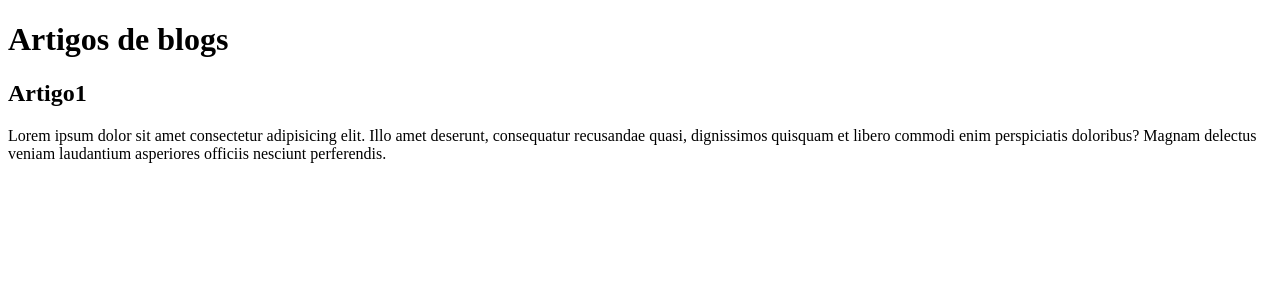
Repository: fnafelipe/TheOdinProject
Page: HTML/working-with-text/blog-article.html
An editor plug-in stored every save of this project. The page is shown before and after the next save, followed by the edit.
The browser window is 1280 px wide. The pictures show the whole page.

Above is the page before, as saved 2026-09-02 20:58:13.

After the next save:
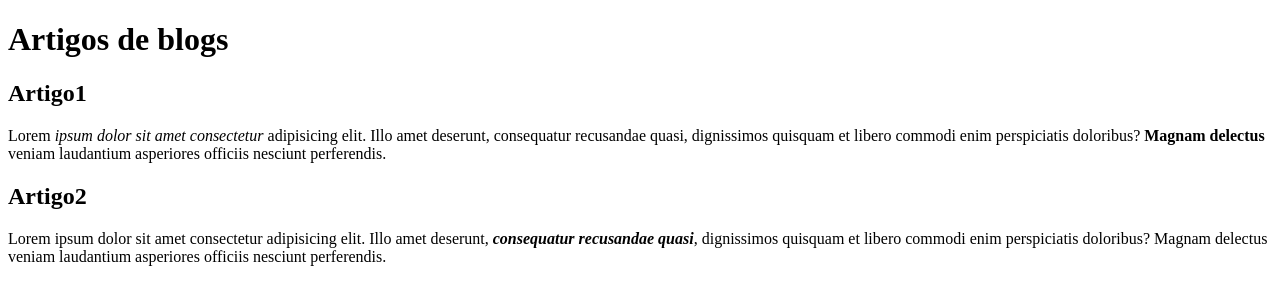
Saved 3 min 55 s later.
--- a/HTML/working-with-text/blog-article.html
+++ b/HTML/working-with-text/blog-article.html
@@ -8,8 +8,14 @@
 <body>
     <h1>Artigos de blogs</h1>
     <h2>Artigo1</h2>
+    <p>Lorem <i>ipsum dolor sit amet consectetur</i> adipisicing elit.
+        Illo amet deserunt, consequatur recusandae quasi, dignissimos
+        quisquam et libero commodi enim perspiciatis doloribus?
+        <b>Magnam delectus</b> veniam laudantium asperiores officiis nesciunt
+        perferendis.</p>
+    <h2>Artigo2</h2>
     <p>Lorem ipsum dolor sit amet consectetur adipisicing elit.
-        Illo amet deserunt, consequatur recusandae quasi, dignissimos
+        Illo amet deserunt, <b><i>consequatur recusandae quasi</i></b>, dignissimos
         quisquam et libero commodi enim perspiciatis doloribus?
         Magnam delectus veniam laudantium asperiores officiis nesciunt
         perferendis.</p>
